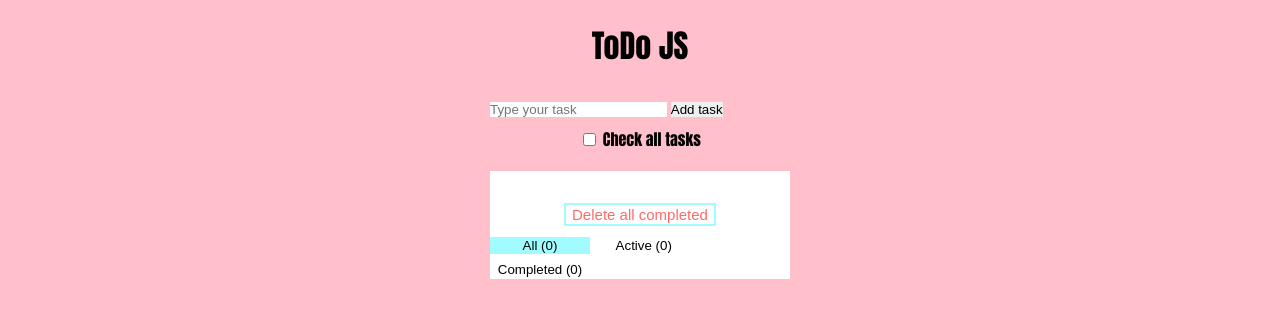
Repository: mklyagin/klyagin_todojs
Page: index.html
The author's editor kept a copy of each file at every save. The page is drawn from the files as they stood at one save, then again after the next save.
The browser window is 1280 px wide. The pictures show the whole page.

Above is the page before, as saved 2024-02-28 09:14:21.

After the next save:
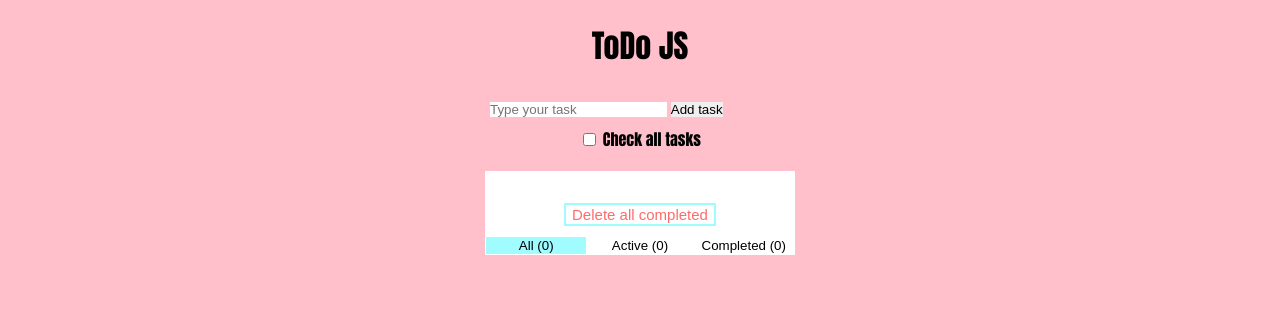
Saved 13 s later.
--- a/style.css
+++ b/style.css
@@ -65,7 +65,7 @@ li {
   align-items: center;
   justify-content: space-between;
   background: #ffffff;
-  width: 300px;
+  width: 310px;
 }
 
 .task-functions > button {
